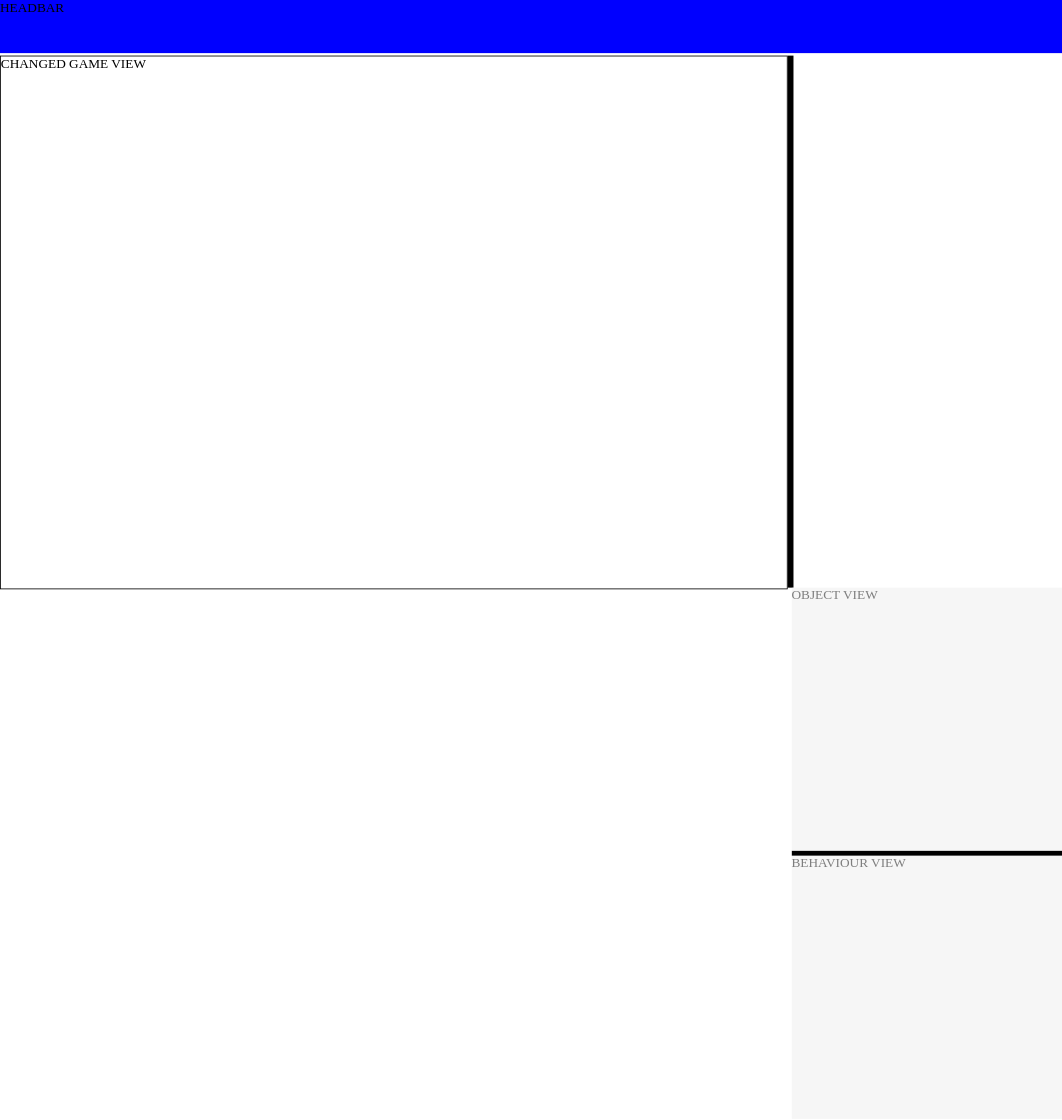
Repository: n-donnelly/onlinegameproto
Page: GameProto/WebContent/Content/main.html
The author's editor kept a record of every edit. The page is drawn from the files as they stood at one moment, then again after the next edit.
The browser window is 1280 px wide. The pictures show the whole page, at 83% of full size.
Some web libraries are served in a nearby version.

Above is the page before.

After the next edit:
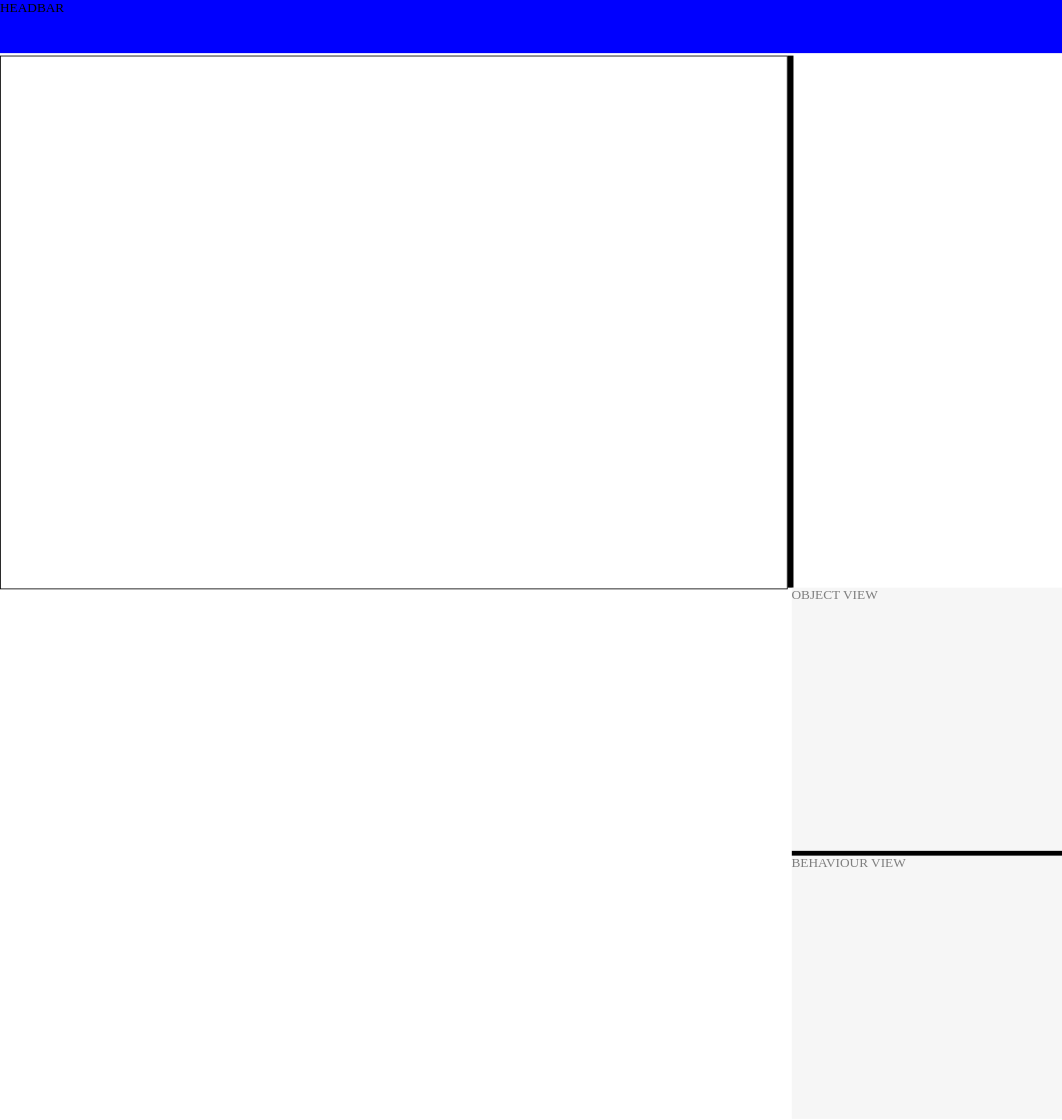
Console error: TypeError: $(...).draggable is not a function
The edit:
--- a/GameProto/WebContent/Content/main.html
+++ b/GameProto/WebContent/Content/main.html
@@ -23,8 +23,10 @@
         <div id="behaviourView">BEHAVIOUR VIEW</div>
     </div>
 </div>
-<script src="/GameProto/scripts/jquery-2.1.3.min.js"></script>
-<script src="/GameProto/scripts/main.js"></script>
+<script src="http://code.jquery.com/jquery-1.4.2.min.js" type="text/javascript"></script>
+<script src="http://ajax.googleapis.com/ajax/libs/jquery/1.4.1/jquery.min.js" type="text/javascript"></script>
+<!--<script src="jquery-ui-1.8.1.custom.min.js" type="text/javascript"></script>-->
+<script src="/GameProto/WebContent/scripts/main.js"></script>
 
 </body>
 </html>

After the 3 edits that followed:
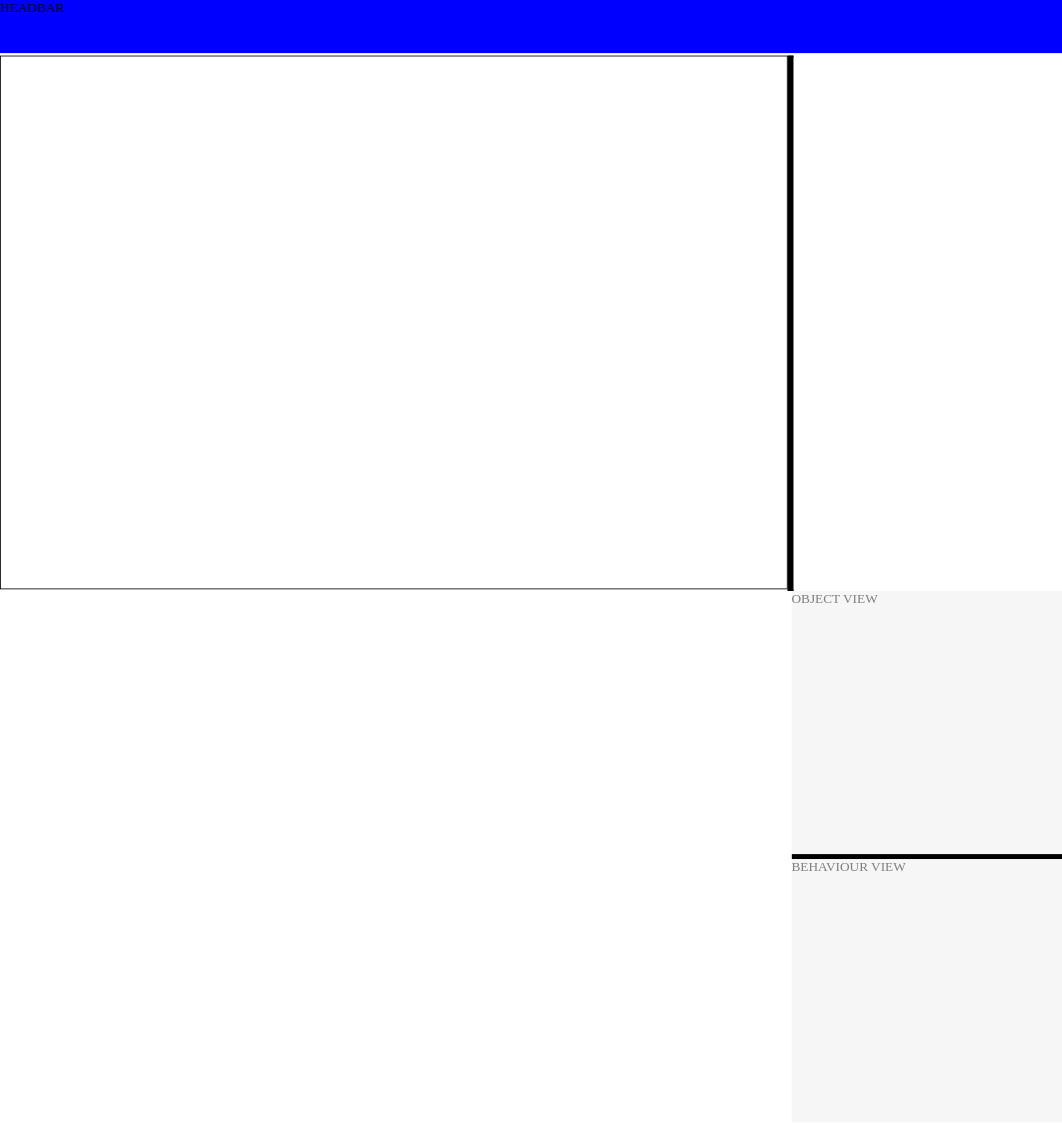
The error is gone.
The 3 edits are shown as one change because 2 left the picture as it was.
The edit:
--- a/GameProto/WebContent/Content/main.html
+++ b/GameProto/WebContent/Content/main.html
@@ -23,8 +23,9 @@
         <div id="behaviourView">BEHAVIOUR VIEW</div>
     </div>
 </div>
-<script src="http://code.jquery.com/jquery-1.4.2.min.js" type="text/javascript"></script>
-<script src="http://ajax.googleapis.com/ajax/libs/jquery/1.4.1/jquery.min.js" type="text/javascript"></script>
+<script src="https://code.jquery.com/jquery-1.4.2.min.js" type="text/javascript"></script>
+<script src="https://ajax.googleapis.com/ajax/libs/jquery/1.4.1/jquery.min.js" type="text/javascript"></script>
+<script type="text/javascript" src="https://ajax.googleapis.com/ajax/libs/jqueryui/1.8.1/jquery-ui.js"></script>
 <!--<script src="jquery-ui-1.8.1.custom.min.js" type="text/javascript"></script>-->
 <script src="/GameProto/WebContent/scripts/main.js"></script>
 
--- a/GameProto/WebContent/CSS/main.css
+++ b/GameProto/WebContent/CSS/main.css
@@ -38,7 +38,6 @@
 
 .resize_bar {
     background: #000;
-    cursor: resize_bar;
 }
 
 .hor_resizer {
@@ -50,6 +49,9 @@
     width: 0.5%;
     height:100%;
     float: left;
+    cursor: col-resize;
+    border-bottom: 2px solid black;
+    border-top: 2px solid black;
 }
 
 body {
